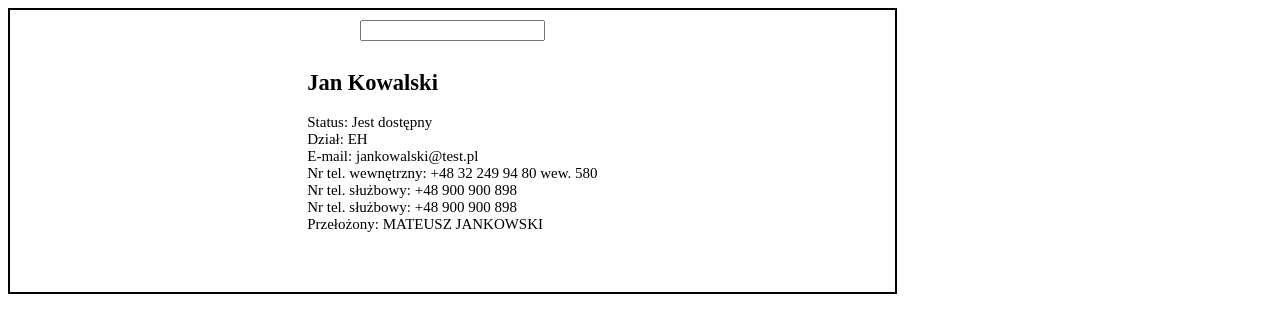
Repository: emdes515/EHpanel
Page: html/dashboardObecnosc.html
An editor plug-in stored every save of this project. The page is shown before and after the next save, followed by the edit.
The browser window is 1280 px wide. The pictures show the whole page.

Above is the page before, as saved 2024-04-22 10:16:19.
Console error: ReferenceError: $ is not defined

After the next save:
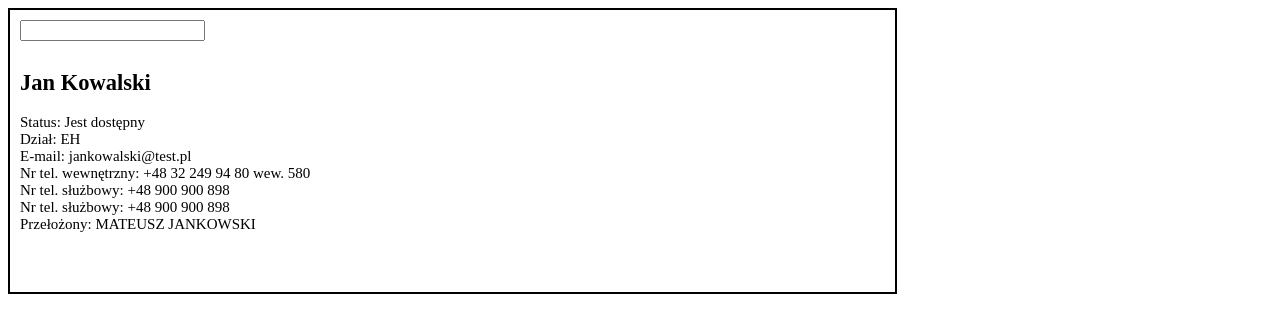
Saved 23 s later.
--- a/html/dashboardObecnosc.html
+++ b/html/dashboardObecnosc.html
@@ -5,7 +5,7 @@
 		border: 2px solid black;
 		display: flex;
 		flex-direction: column;
-		align-items: center;
+		align-items: first baseline;
 		font-size: 15px;
 	}
 
